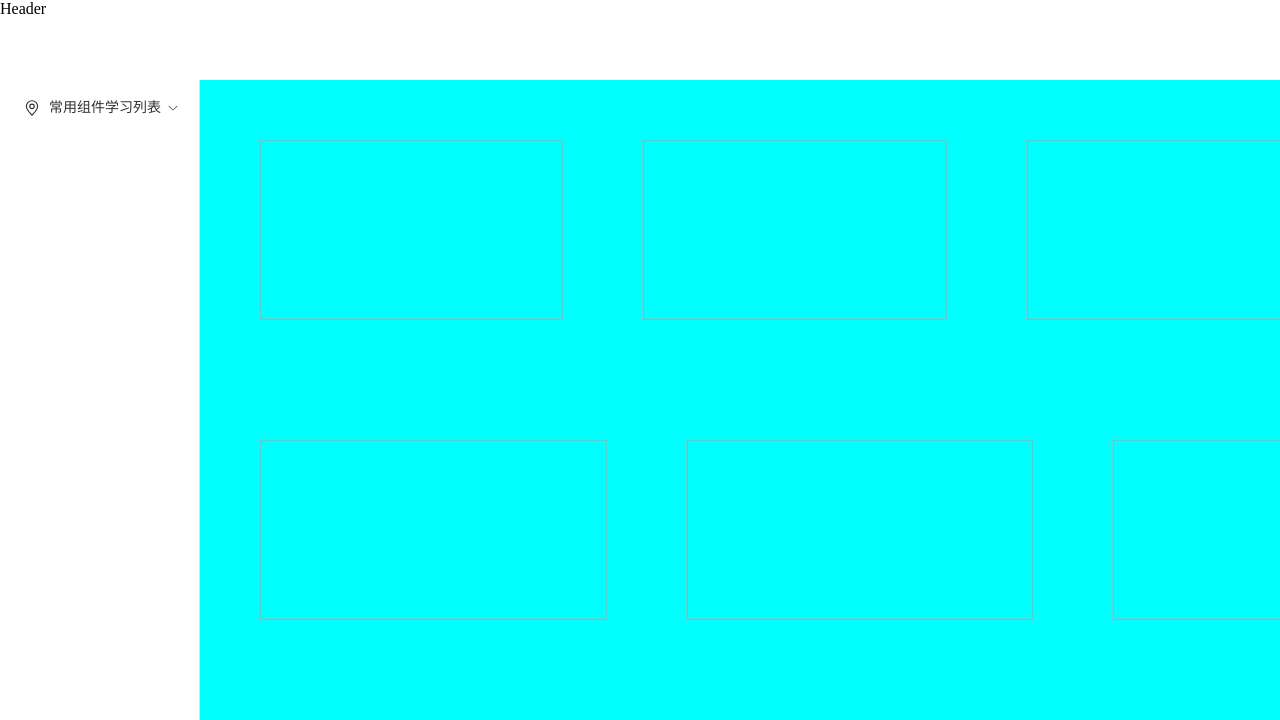
Repository: 553559555/vue3-project
Page: /#/index (app in vue3-app/)
These files come from the project's save history. The page is drawn as it stood at one moment and after the next save; the edit follows.
The browser window is 1280 px wide. The pictures show the whole page.
An inner scrolling area shows only its first screen. The project was rebuilt for these pictures with package versions that can differ from the ones it lists, and the page was loaded fresh each time. Also part of the build but not shown: vue3-app/vite.config.ts.

Above is the page before, as saved 2025-03-24 10:58:02.

After the next save:
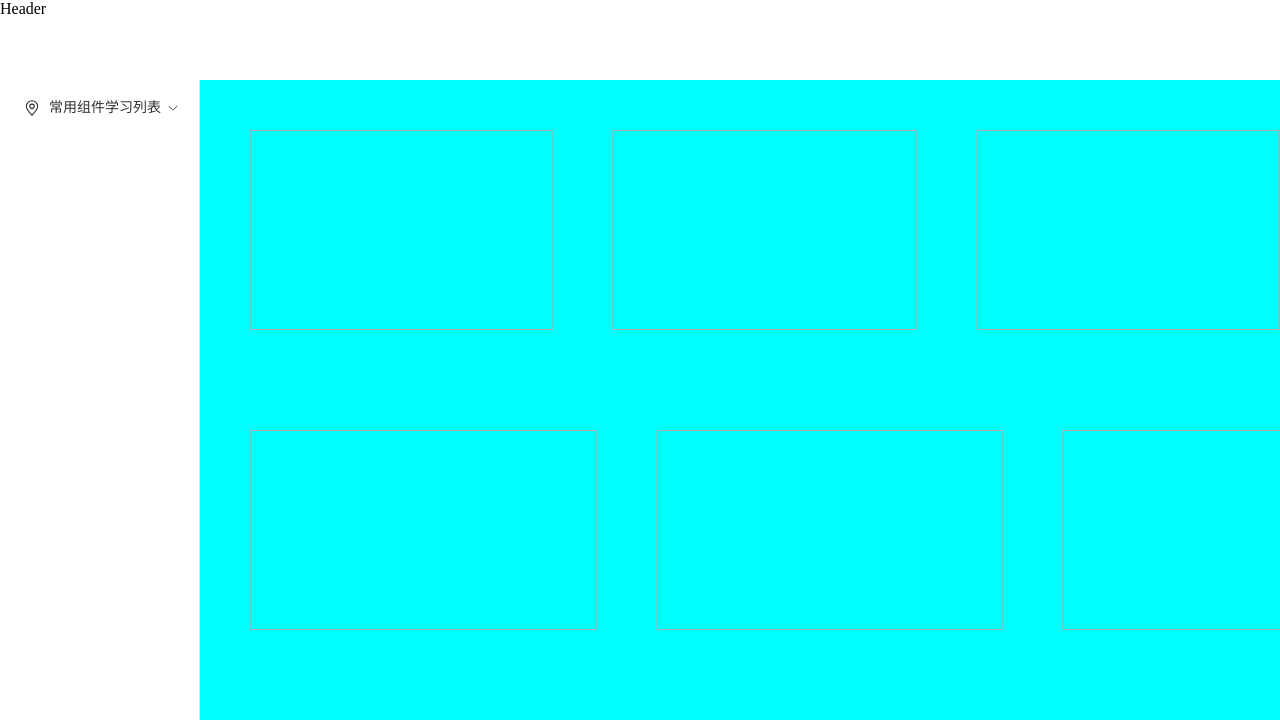
Saved 6 s later.
--- a/vue3-app/src/views/Home.vue
+++ b/vue3-app/src/views/Home.vue
@@ -57,7 +57,7 @@
     box-sizing: border-box;
 
     .el-col {
-      margin: 40px;
+      margin: 30px;
       border: solid 1px #aaa;
     }
   }
